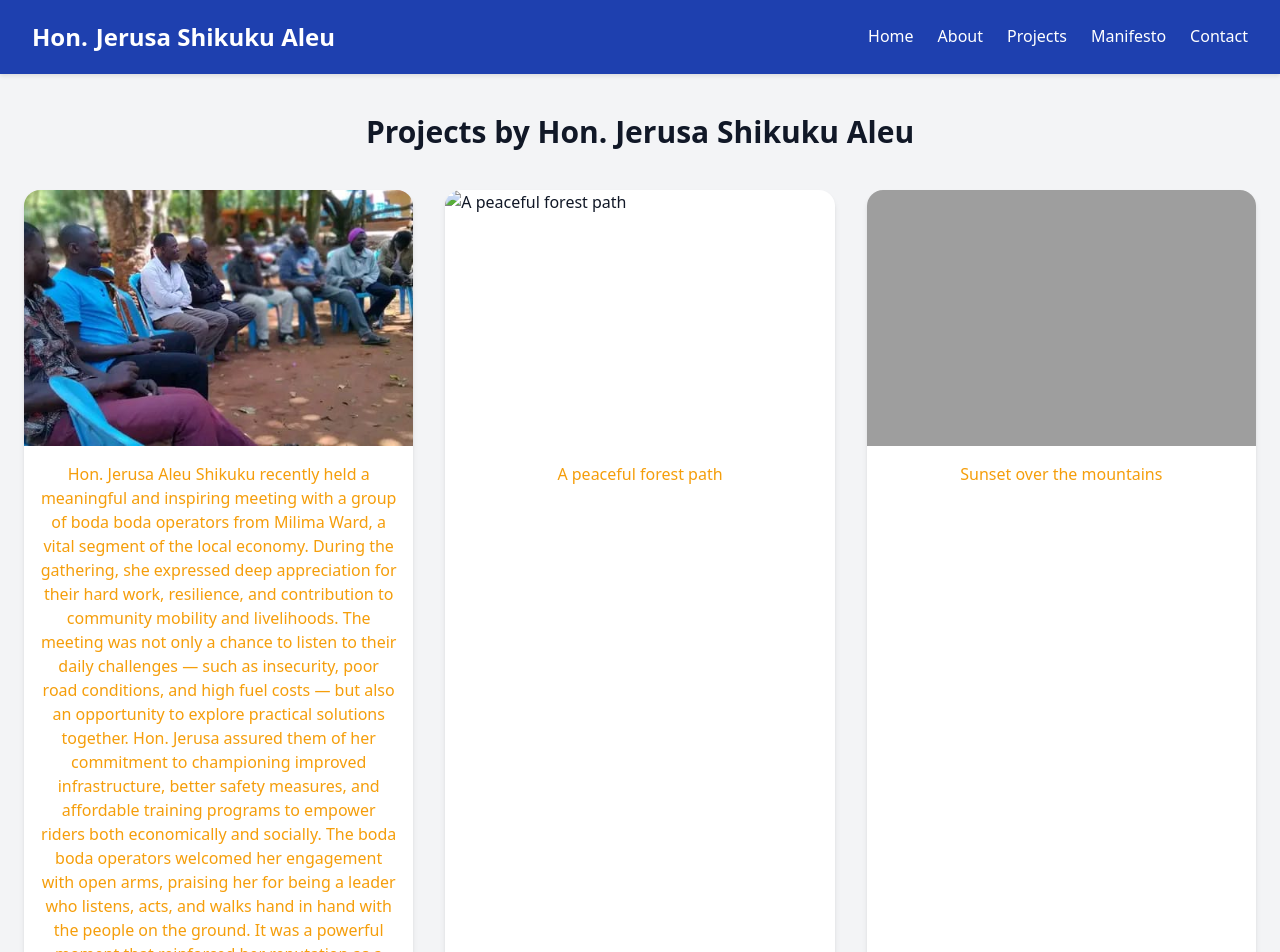
Repository: Engineer-collo/Hon_Jerusa_Shikuku_Aleu
Page: /projects
These files come from the project's save history. The page is drawn as it stood at one moment and after the next save; the edit follows.
The browser window is 1280 px wide. The pictures show the part of the page from y = 0 to 952 px (the page is 1855 px tall).
Pictures or frames that could not be fetched are drawn as grey boxes. The project was rebuilt for these pictures with package versions that can differ from the ones it lists, and the page was loaded fresh each time. Also part of the build but not shown: vite.config.js, src/Hero.jsx, src/Home.jsx, src/About.jsx, src/Manifesto.jsx, src/Contact.jsx.

Above is the page before, as saved 2025-07-18 17:18:45.

After the next save:
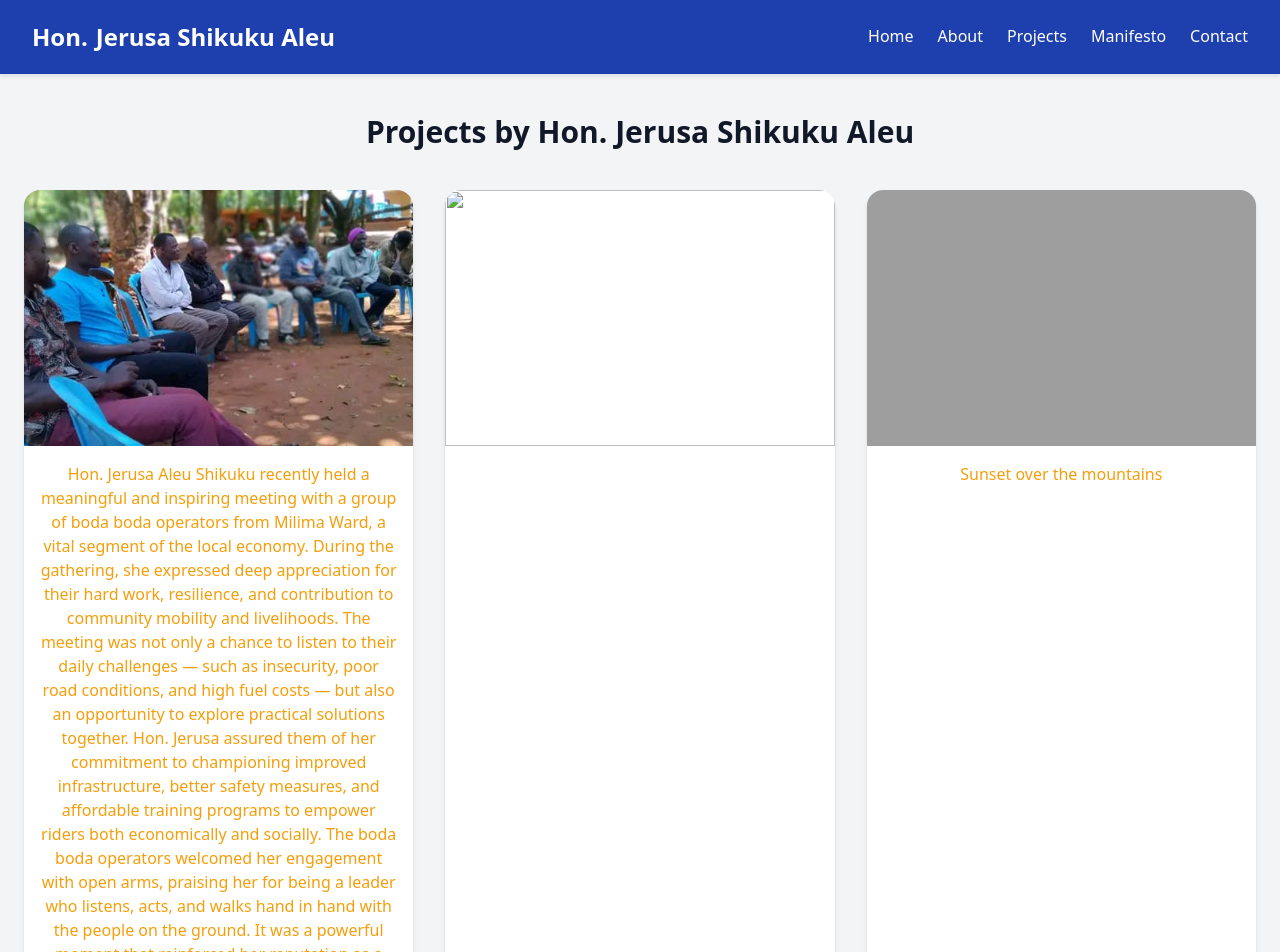
Saved 5 s later.
--- a/src/Projects.jsx
+++ b/src/Projects.jsx
@@ -7,7 +7,7 @@ const images = [
   },
   {
     src: '',
-    description: 'A peaceful forest path',
+    description: '',
   },
   {
     src: 'https://images.pexels.com/photos/34950/pexels-photo.jpg',
